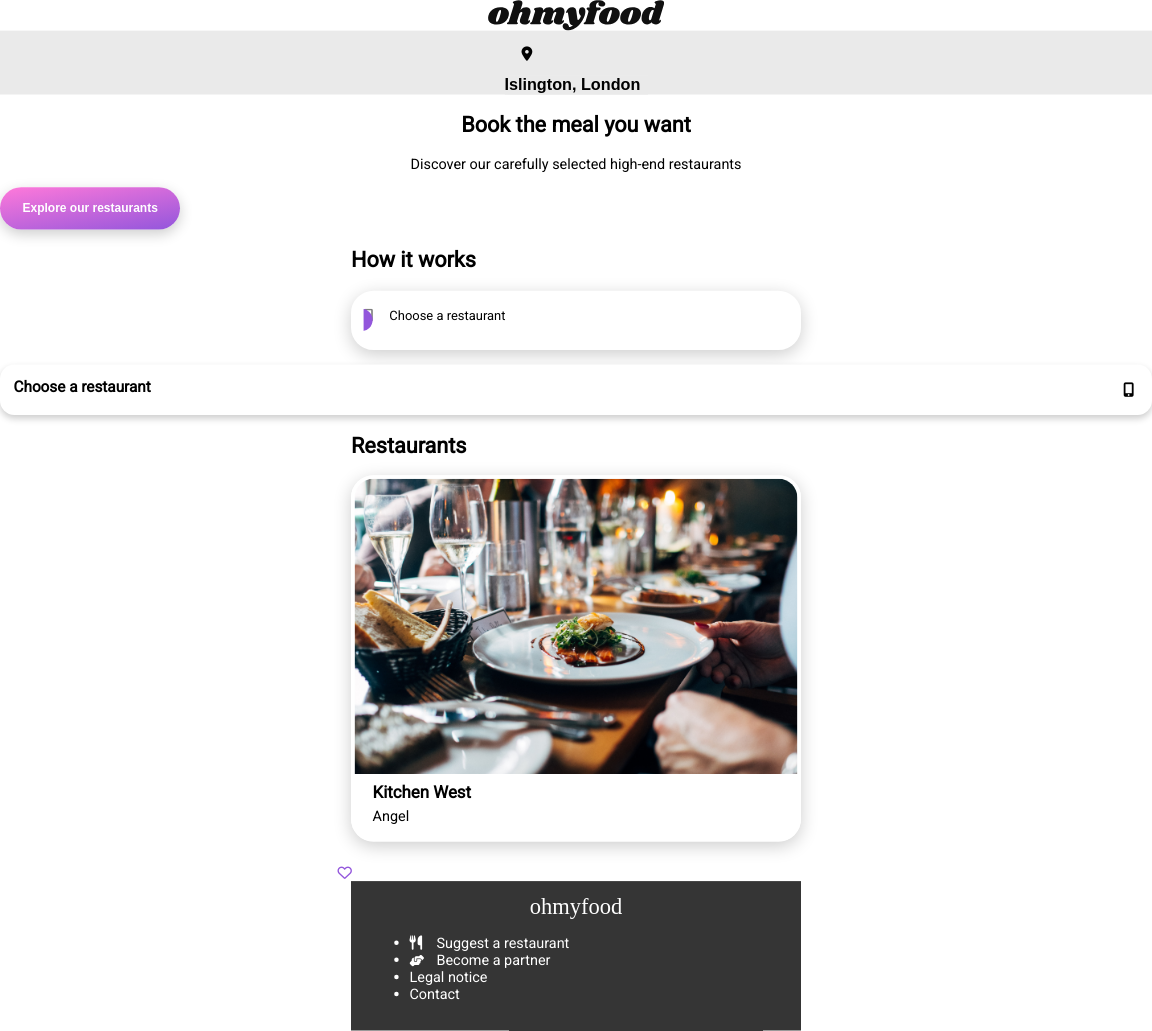
Repository: R1ptou/Project-3
Page: index.html
These files come from the project's save history. The page is drawn as it stood at one moment and after the next save; the edit follows.
The browser window is 1280 px wide. The pictures show the whole page, at 90% of full size.
Some web fonts or font styles are not loaded; a fallback is used. The style sheet was rebuilt from its Sass, Less or Tailwind sources for each picture, by a compiler version that may differ from the author's.

Above is the page before, as saved 2024-03-25 10:49:44.

After the next save:
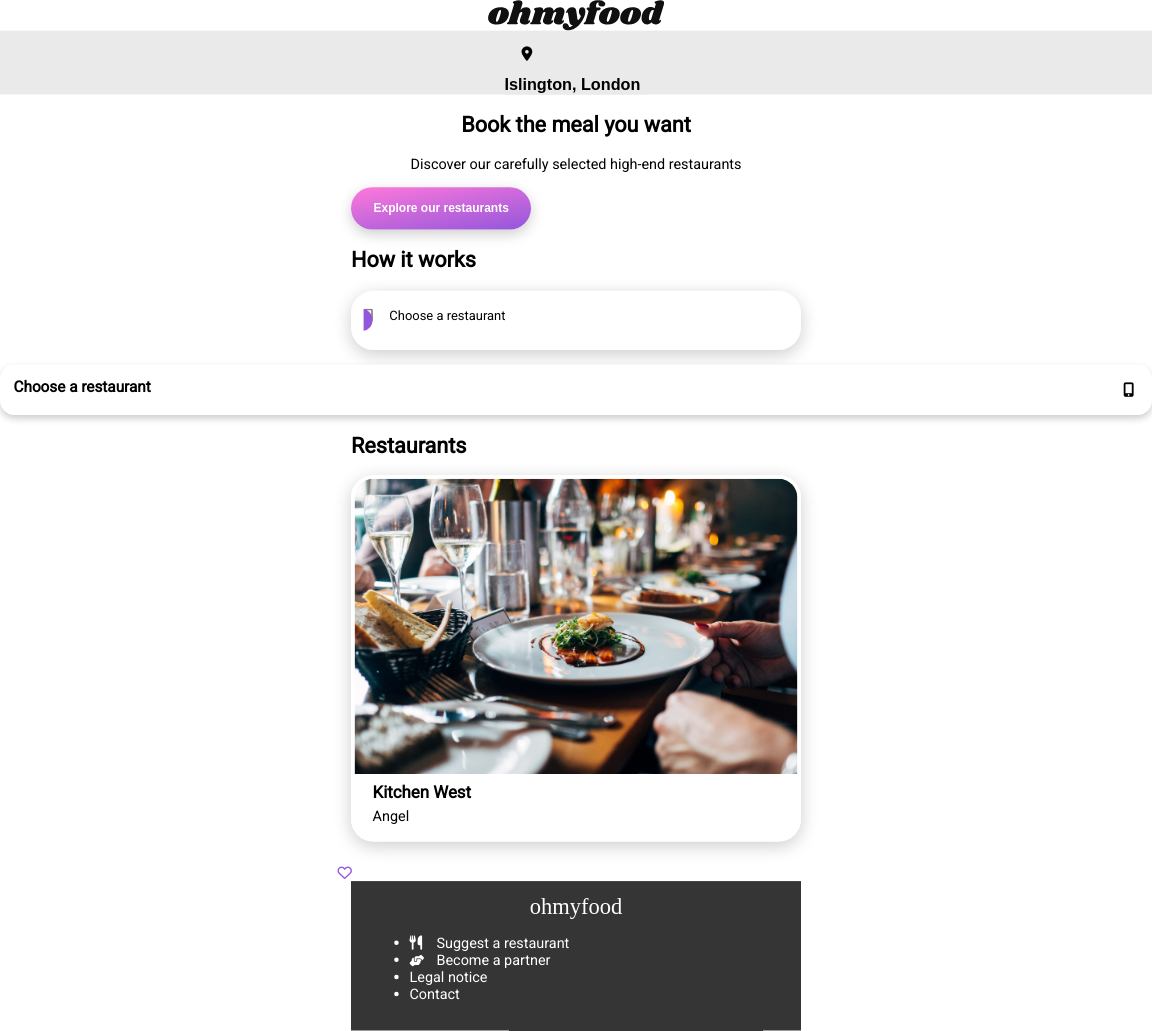
Saved 85 s later.
--- a/index.html
+++ b/index.html
@@ -20,14 +20,13 @@
             <img  src="./Images%20and%20text%20Ohmyfood/images/logo/ohmyfood@2x.svg" alt="ohmyfood logo" >
         </div>
     </div>
-            <form class="search-bar"> <!-- Search bar -->
-    <div class="container">
-
-                <div class="icon-search"><i class="text-black fa-solid fa-location-dot"></i></div>
-                <input class="input-search" value="Islington, London" type="text">
-    </div>
-            </form>
-    <section>
+    <form class="search-bar"> <!-- Search bar -->
+        <div class="container">
+            <div class="icon-search"><i class="text-black fa-solid fa-location-dot"></i></div>
+            <input class="input-search" value="Islington, London" type="text">
+         </div>
+    </form>
+    <section class="container">
         <div> <!-- Headline -->
             <h2 class="headline"><strong>Book the meal you want</strong></h2>
             <p class="headline">Discover our carefully selected high-end restaurants</p>
